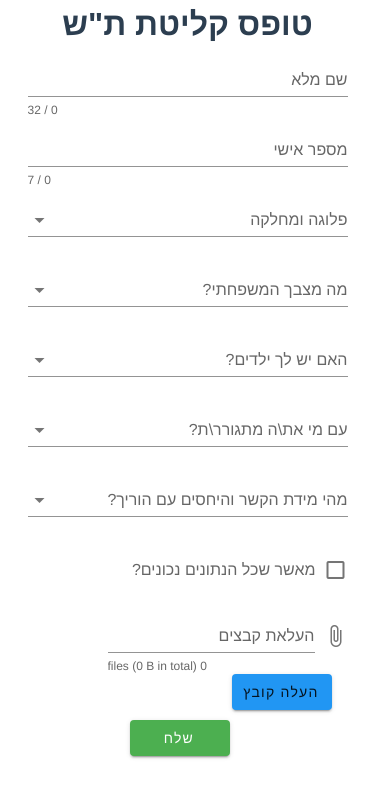
Repository: Natanhel/klitat-tash
Page: /
The author's editor kept a copy of each file at every save. The page is drawn from the files as they stood at one save, then again after the next save.
The browser window is 375 px wide. The pictures show the whole page.
The page's requests for data from a server got no answer. The project was rebuilt for these pictures with package versions that can differ from the ones it lists, and the page was loaded fresh each time. No one was signed in, and anything a server would have sent is missing. Also part of the build but not shown: vue.config.js.

Above is the page before, as saved 2020-12-01 18:17:28.

### src/App.vue
<template>
  <div id="app">
    <v-app>

      <h1>טופס קליטת ת"ש</h1>

      <v-form
        ref="form"
        v-model="valid"
        lazy-validation
      >
        <v-text-field
          v-model="name"
          :counter="32"
          :rules="nameRules"
          label="שם מלא"
          required
        ></v-text-field>

        <v-text-field
          v-model="pernr"
          :counter="7"
          :rules="pernrRules"
          label="מספר אישי"
          required
        ></v-text-field>

        <v-select
          v-model="select"
          :items="items"
          :rules="[v => !!v || 'נדרש להזין פלוגה ומחלקה']"
          label="פלוגה ומחלקה"
          required
        ></v-select>

        <v-select
          v-model="familySelect"
          :items="familyItems"
          :rules="[v => !!v || 'נדרש להזין מצב משפחתי']"
          label="מה מצבך המשפחתי?"
          required
        ></v-select>

        <v-select
          v-model="haveKidsSelect"
          :items="haveKidsItems"
          :rules="[v => !!v || 'נדרש להזין']"
          label="האם יש לך ילדים?"
          required
        ></v-select>

        <v-select
          v-model="livingWithSelect"
          :items="livingWithItems"
          :rules="[v => !!v || 'נדרש להזין']"
          label="עם מי את\ה מתגורר\ת?"
          required
        ></v-select>

        <v-select
          v-model="parentsStatusSelect"
          :items="parentsStatusItems"
          :rules="[v => !!v || 'נדרש להזין']"
          label="מהי מידת הקשר והיחסים עם הוריך?"
          required
        ></v-select>

        <v-checkbox
          v-model="checkbox"
          :rules="[v => !!v || 'עליך לאשר על מנת להמשיך!']"
          label="מאשר שכל הנתונים נכונים?"
          required
        ></v-checkbox>

      <div class="upload">

        <v-file-input v-model="files" show-size counter  chips label="העלאת קבצים"></v-file-input>

        <v-btn
          color="blue"
          class="mr-4"
          @click="uploadFile"
        >
          העלה קובץ
        </v-btn>
      </div>
      <div class="btn-group">
        <v-btn
          color="success"
          class="mr-4"
          @click="validate"
        >
          שלח
        </v-btn>
      </div>

      </v-form>
    </v-app>
  </div>
</template>

<script>
import axios from 'axios';

export default {
  name: 'App',
  mounted(){
    // login
    const data = JSON.stringify({"password":"passward","email":"natanhelp@gmail.com"});

    const config = {
      method: 'post',
      url: 'https://nat-task-manager.herokuapp.com/users/login',
      headers: {
        'Content-Type': 'application/json'
      },
      data : data
    };

    axios(config)
      .then((response) => {
        this.userToken = response.data.token
      })
      .catch((error) => {
        console.log(error);
      })
  },

  data: () => ({
    familySelect: '',
    haveKidsSelect: '',
    livingWithSelect: '',
    parentsStatusSelect: '',

    userToken: '',
    files: null,
    valid: true,
    name: '',
    nameRules: [
      v => !!v || 'נדרש להזין שם',
      v => !(v && v.length <= 4) || 'על השם להיות ארוך מ-4 תווים',
    ],
    pernr: '',
    pernrRules: [
      v => !!v || 'נדרש להזין מספר אישי',
      v => !(v.length !== 7) || 'על המספר להיות בדיוק 7 תווים'
    ],
    select: null,
    items: [
      'ו1',
      'ו2',
      'ו3',
      'ו4',
      'ו5',
    ],
    familyItems: [
      'רווק/ה',
      'נשוי/ה',
      'גרוש/ה'
    ],
    haveKidsItems: [
      'כן', 'לא'
    ],
    livingWithItems: [
      'מתוגרר/ת עם ההורים (אחד מהם לפחות)',
      'איני מתגורר/ת עם ההורים'
    ],
    parentsRelationsItems: [
      'בקשר עם שניהם ויחסים תקינים',
      'בקשר וביחסיפ תקינים (רק עם אחד מהם)',
      'בקשר עם שניהם/אחד מהם ומערכת יחסים רעועה',
      'לא בקשר בכלל'
    ],
    parentsStatusItems: [
      'נשואים',
      'גרושים',
      'פרודים',
      'אלמנ/ה',
      'רווק/ה'
    ],
    checkbox: false,
  }),
  methods: {
    validate () {
      this.$refs.form.validate()
    },
    reset () {
      this.$refs.form.reset()
    },
    resetValidation () {
      this.$refs.form.resetValidation()
    },
    async uploadFile() {
      var FormData = require('form-data');
      var data = new FormData();
      const buffer = await this.files.arrayBuffer()

      data.append('avatar', buffer)

      var config = {
        method: 'post',
        url: 'https://nat-task-manager.herokuapp.com/users/me/avatar',
        headers: {
          'Authorization': 'Bearer ' + this.userToken,
          ...data
        },
        data : data
      }

      axios(config)
      .then(function (response) {
        console.log(JSON.stringify(response.data));
      })
      .catch(function (error) {
        console.log(error);
      })
    }
  },
}
</script>

<style>
#app {
  font-family: Avenir, Helvetica, Arial, sans-serif;
  -webkit-font-smoothing: antialiased;
  -moz-osx-font-smoothing: grayscale;
  text-align: center;
  color: #2c3e50;
  margin-top: 60px;
}

form
{
  width: 20rem;
}

#app
{
  padding: 0; margin: 0;
  display: flex;
  align-items: center;
  justify-content: center;
  background-color: transparent;
}

.v-btn
{
  width: 100px;
}

.btn-group{
  width: 100%;
  padding: 10px;
}

.upload
{
  display: flex;
  flex-direction: row;
  width: 370px;
}

@media screen and (max-width: 500px) {
  .upload
  {
    flex-direction: column;
    width: 15rem;
  }
}
</style>

### src/plugins/vuetify.js
import Vue from 'vue';
import Vuetify from 'vuetify/lib';

Vue.use(Vuetify);

export default new Vuetify({
    rtl: true,
});

Loaded but not shown: public/index.html (common file); src/main.js (common file)

After the next save:
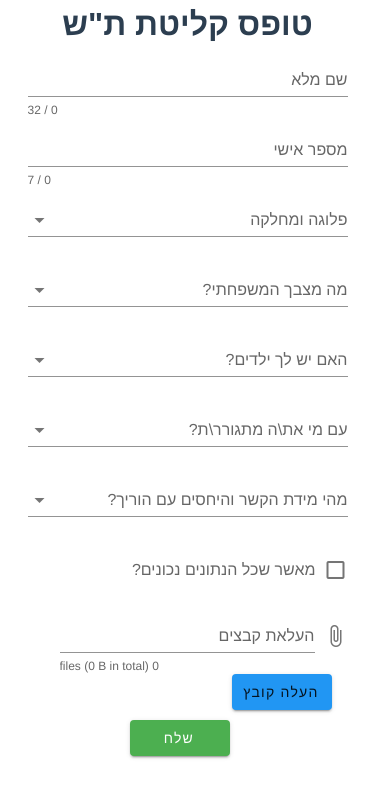
Saved 4 s later.
--- a/src/App.vue
+++ b/src/App.vue
@@ -264,7 +264,7 @@ form
   .upload
   {
     flex-direction: column;
-    width: 15rem;
+    width: 18rem;
   }
 }
 </style>
